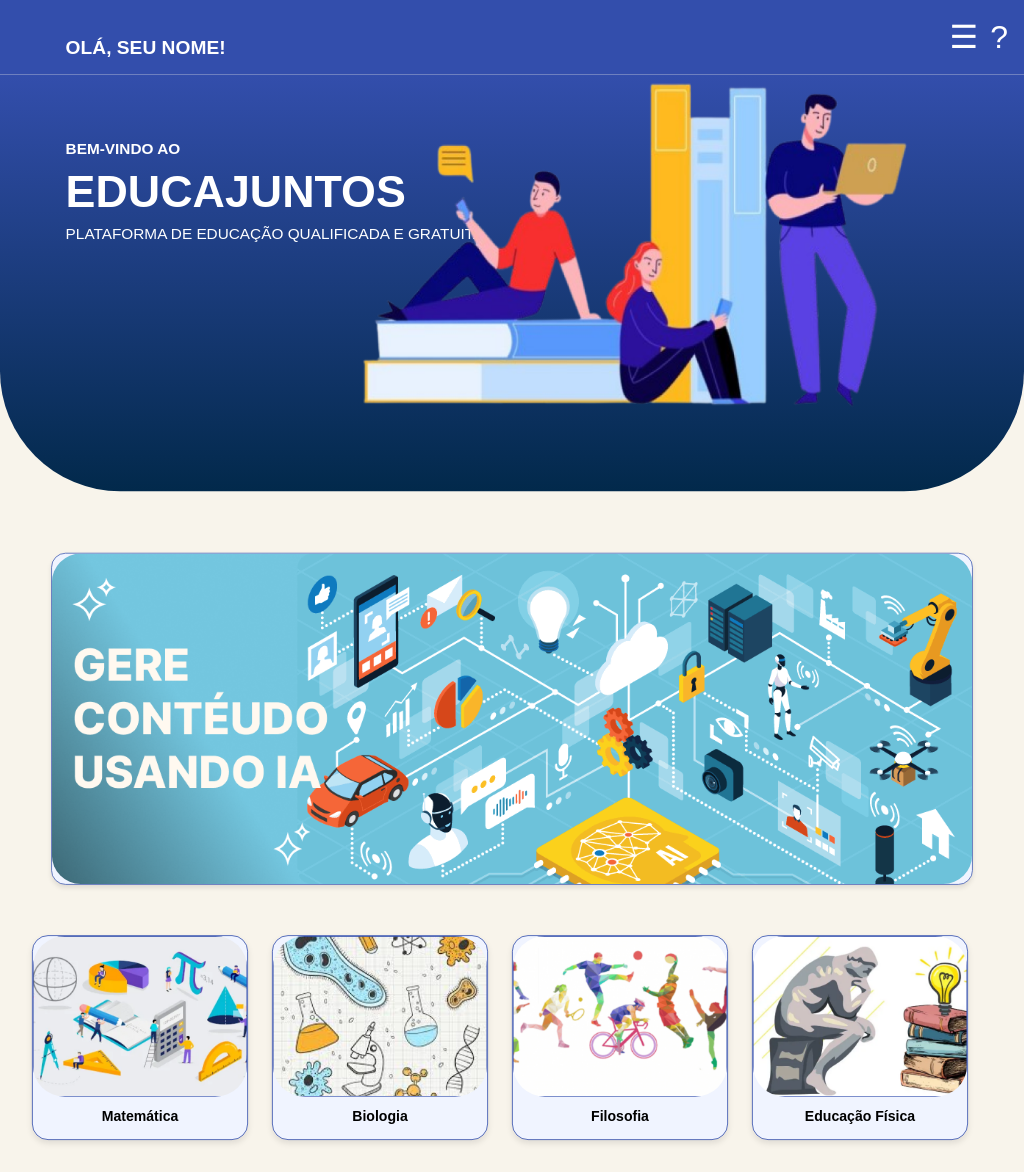
Repository: Matheus904-12/EDUCAJUNTOS
Page: inicio/index.html
An editor plug-in stored every save of this project. The page is shown before and after the next save, followed by the edit.
The browser window is 1280 px wide. The pictures show the whole page, at 80% of full size.

Above is the page before, as saved 2024-10-28 19:58:46.

After the next save:
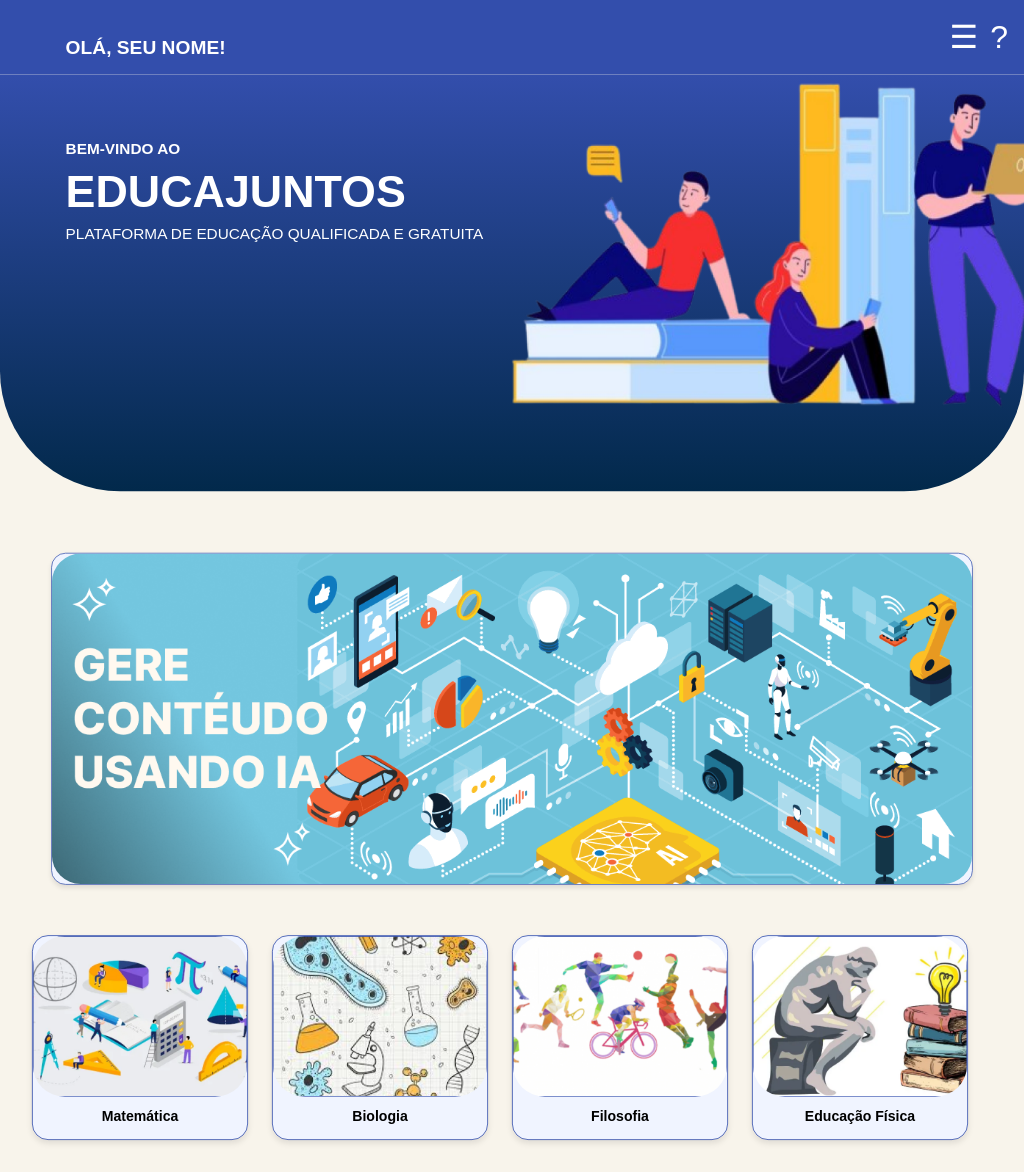
Saved 9 s later.
--- a/inicio/style.css
+++ b/inicio/style.css
@@ -77,7 +77,7 @@ nav {
 
 .hero-image {
     display: flex;
-    margin-left: 30%;
+    margin-left: 45%;
     width: 782px;
     height: 580px;
     margin-top: -25%;
